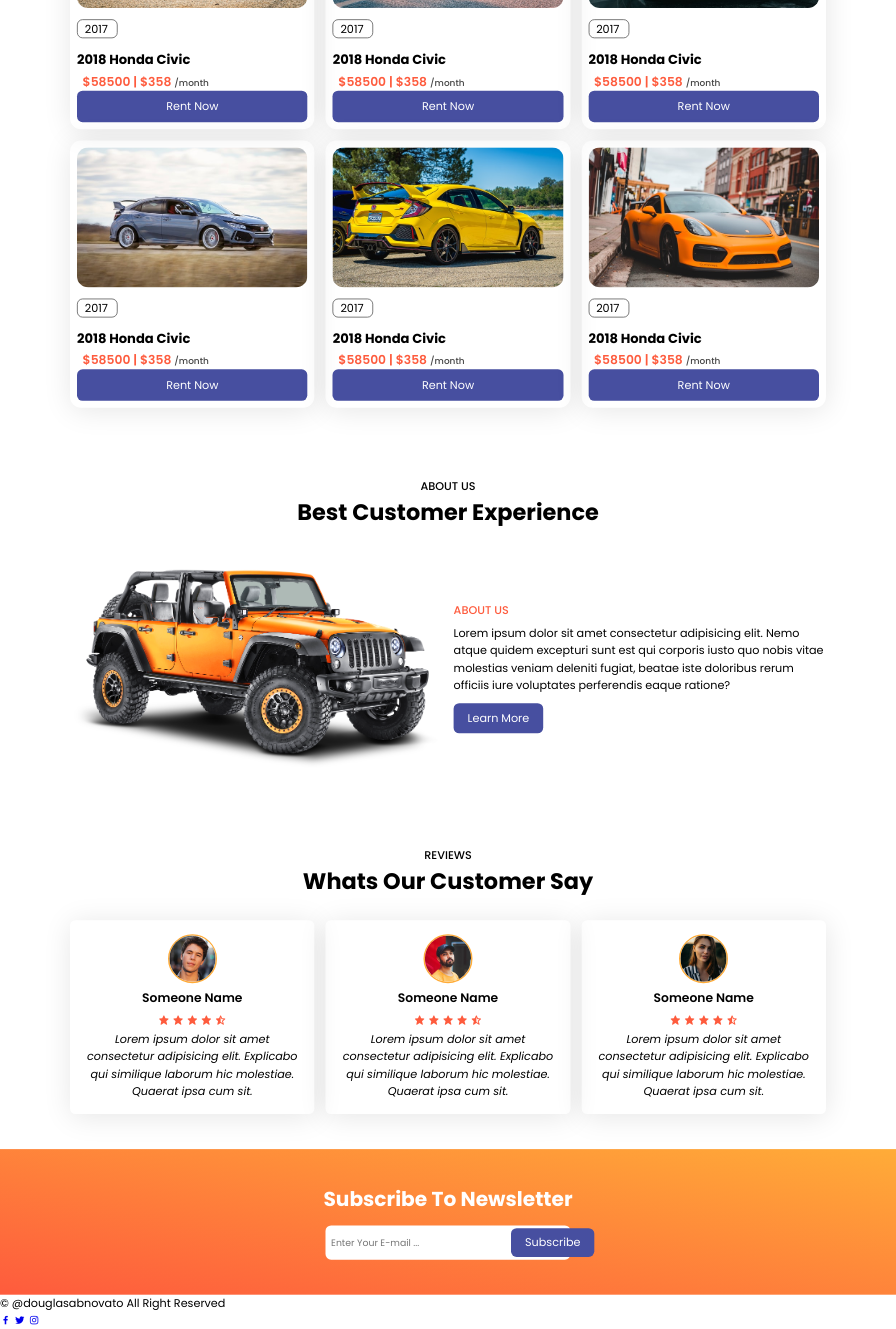
Repository: douglasabnovato/car-rental
Page: index.html
An editor plug-in stored every save of this project. The page is shown before and after the next save, followed by the edit.
The browser window is 1280 px wide. The pictures show the part of the page from y = 1582 to 3502 px (the page is 3481 px tall before and 3502 px after), at 70% of full size.

Above is the page before, as saved 2025-05-16 17:05:54.

### index.html
<!DOCTYPE html>
<html lang="en">
  <head>
    <meta charset="UTF-8" />
    <meta name="viewport" content="width=device-width, initial-scale=1.0" />
    <title>Car Rental</title>
    <link
      rel="stylesheet"
      href="https://cdn.jsdelivr.net/npm/boxicons@latest/css/boxicons.min.css"
    />
    <link rel="stylesheet" href="./style.css" />
  </head>
  <body>
    <!-- Header -->
    <header>
      <a href="#" class="logo"
        ><img src="./assets/jeep.png" alt="logo da car rental" srcset=""
      /></a>
      <div class="bx bx-menu" id="menu-icon"></div>
      <ul class="navbar">
        <li><a href="#home">Home</a></li>
        <li><a href="#ride">Ride</a></li>
        <li><a href="#services">Services</a></li>
        <li><a href="#about">About</a></li>
        <li><a href="#reviews">Reviews</a></li>
      </ul>
      <div class="header-btn">
        <a href="#" class="sign-up">Sign Up</a>
        <a href="#" class="sign-in">Sign In</a>
      </div>
    </header>

    <!-- Home -->
    <section class="home" id="home">
      <div class="text">
        <h1>
          <span>Looking</span> to <br />
          rent a car
        </h1>
        <p>
          Lorem ipsum dolor sit amet consectetur adi <br />
          pisicing elit. Explicabo esse non fugiat!
        </p>
        <div class="app-stores">
          <img src="./assets/ios.png" alt="" />
          <img src="./assets/play.png" alt="" />
        </div>
      </div>
      <div class="form-container">
        <form action="">
          <div class="input-box">
            <span>Location</span>
            <input type="search" name="" id="" placeholder="Search Places" />
          </div>
          <div class="input-box">
            <span>Pick-Up Date</span>
            <input type="date" name="" id="" />
          </div>
          <div class="input-box">
            <span>Return Date</span>
            <input type="date" name="" id="" />
          </div>
          <input type="submit" name="" id="" class="btn" />
        </form>
      </div>
    </section>

    <!-- Ride -->
    <section class="ride" id="ride">
      <div class="heading">
        <span>How Its Work</span>
        <h1>Rent With 3 Easy Steps</h1>
      </div>
      <div class="ride-container">
        <div class="box">
          <i class="bx bxs-map"></i>
          <h2>Choose A Location</h2>
          <p>
            Lorem ipsum dolor sit, amet consectetur adipisicing elit.
            Perspiciatis, impedit? Saepe quo quam numquam maxime?
          </p>
        </div>
        <div class="box">
          <i class="bx bxs-calendar-check"></i>
          <h2>Pick-Up Date</h2>
          <p>
            Lorem ipsum dolor sit, amet consectetur adipisicing elit.
            Perspiciatis, impedit? Saepe quo quam numquam maxime?
          </p>
        </div>
        <div class="box">
          <i class="bx bxs-calendar-star"></i>
          <h2>Book A Car</h2>
          <p>
            Lorem ipsum dolor sit, amet consectetur adipisicing elit.
            Perspiciatis, impedit? Saepe quo quam numquam maxime?
          </p>
        </div>
      </div>
    </section>

    <!-- Services -->
    <section class="services" id="services">
      <div class="heading">
        <span>Best Services</span>
        <h1>
          Explore Out Top Deals <br />
          From Top Rated Dealers
        </h1>
      </div>
      <div class="services-container">
        <div class="box">
          <div class="box-img">
            <img src="./assets/car1.jpg" alt="car1" />
          </div>
          <p>2017</p>
          <h3>2018 Honda Civic</h3>
          <h2>$58500 | $358 <span> /month</span></h2>
          <a href="#" class="btn">Rent Now</a>
        </div>

        <div class="box">
          <div class="box-img">
            <img src="./assets/car2.jpg" alt="car1" />
          </div>
          <p>2017</p>
          <h3>2018 Honda Civic</h3>
          <h2>$58500 | $358 <span> /month</span></h2>
          <a href="#" class="btn">Rent Now</a>
        </div>

        <div class="box">
          <div class="box-img">
            <img src="./assets/car3.jpg" alt="car1" />
          </div>
          <p>2017</p>
          <h3>2018 Honda Civic</h3>
          <h2>$58500 | $358 <span> /month</span></h2>
          <a href="#" class="btn">Rent Now</a>
        </div>

        <div class="box">
          <div class="box-img">
            <img src="./assets/car4.jpg" alt="car1" />
          </div>
          <p>2017</p>
          <h3>2018 Honda Civic</h3>
          <h2>$58500 | $358 <span> /month</span></h2>
          <a href="#" class="btn">Rent Now</a>
        </div>

        <div class="box">
          <div class="box-img">
            <img src="./assets/car5.jpg" alt="car1" />
          </div>
          <p>2017</p>
          <h3>2018 Honda Civic</h3>
          <h2>$58500 | $358 <span> /month</span></h2>
          <a href="#" class="btn">Rent Now</a>
        </div>

        <div class="box">
          <div class="box-img">
            <img src="./assets/car6.jpg" alt="car1" />
          </div>
          <p>2017</p>
          <h3>2018 Honda Civic</h3>
          <h2>$58500 | $358 <span> /month</span></h2>
          <a href="#" class="btn">Rent Now</a>
        </div>
      </div>
    </section>

    <!-- About -->
    <section class="about" id="about">
      <div class="heading">
        <span>About Us</span>
        <h1>Best Customer Experience</h1>
      </div>
      <div class="about-container">
        <div class="about-img">
          <img src="./assets/about.png" alt="" />
        </div>
        <div class="about-text">
          <span>About Us</span>
          <p>
            Lorem ipsum dolor sit amet consectetur adipisicing elit. Nemo atque
            quidem excepturi sunt est qui corporis iusto quo nobis vitae
            molestias veniam deleniti fugiat, beatae iste doloribus rerum
            officiis iure voluptates perferendis eaque ratione?
          </p>
          <a href="#" class="btn">Learn More</a>
        </div>
      </div>
    </section>

    <!-- Reviews -->
    <section class="reviews" id="reviews">
      <div class="heading">
        <span>Reviews</span>
        <h1>Whats Our Customer Say</h1>
      </div>
      <div class="reviews-container">
        <div class="box">
          <div class="rev-img">
            <img src="./assets/rev1.jpg" alt="" />
          </div>
          <h2>Someone Name</h2>
          <div class="stars">
            <i class="bx bxs-star"></i>
            <i class="bx bxs-star"></i>
            <i class="bx bxs-star"></i>
            <i class="bx bxs-star"></i>
            <i class="bx bxs-star-half"></i>
          </div>
          <p>
            Lorem ipsum dolor sit amet consectetur adipisicing elit. Explicabo
            qui similique laborum hic molestiae. Quaerat ipsa cum sit.
          </p>
        </div>
        <div class="box">
          <div class="rev-img">
            <img src="./assets/rev2.jpg" alt="" />
          </div>
          <h2>Someone Name</h2>
          <div class="stars">
            <i class="bx bxs-star"></i>
            <i class="bx bxs-star"></i>
            <i class="bx bxs-star"></i>
            <i class="bx bxs-star"></i>
            <i class="bx bxs-star-half"></i>
          </div>
          <p>
            Lorem ipsum dolor sit amet consectetur adipisicing elit. Explicabo
            qui similique laborum hic molestiae. Quaerat ipsa cum sit.
          </p>
        </div>
        <div class="box">
          <div class="rev-img">
            <img src="./assets/rev3.jpg" alt="" />
          </div>
          <h2>Someone Name</h2>
          <div class="stars">
            <i class="bx bxs-star"></i>
            <i class="bx bxs-star"></i>
            <i class="bx bxs-star"></i>
            <i class="bx bxs-star"></i>
            <i class="bx bxs-star-half"></i>
          </div>
          <p>
            Lorem ipsum dolor sit amet consectetur adipisicing elit. Explicabo
            qui similique laborum hic molestiae. Quaerat ipsa cum sit.
          </p>
        </div>
      </div>
    </section>

    <!-- Newsletter -->
    <section class="newsletter">
      <h2>Subscribe To Newsletter</h2>
      <div class="box">
        <input type="text" placeholder="Enter Your E-mail ..." />
        <a href="#" class="btn">Subscribe</a>
      </div>
    </section>

    <!-- Copyright -->
    <div class="copyright">
      <p>&#169; @douglasabnovato All Right Reserved</p>
      <div class="social">
        <a href="#"><i class="bx bxl-facebook"></i></a>
        <a href="#"><i class="bx bxl-twitter"></i></a>
        <a href="#"><i class="bx bxl-instagram"></i></a>
      </div>
    </div>

    <!-- Link to JS -->
    <script src="./script.js"></script>
  </body>
</html>

### style.css
@import url("https://fonts.googleapis.com/css2?family=Noto+Sans:ital,wght@0,100..900;1,100..900&family=Poppins:ital,wght@0,100;0,200;0,300;0,400;0,500;0,600;0,700;0,800;0,900;1,100;1,200;1,300;1,400;1,500;1,600;1,700;1,800;1,900&display=swap");

* {
  margin: 0;
  padding: 0;
  box-sizing: border-box;
  scroll-padding-top: 2rem;
  scroll-behavior: smooth;
  list-style: none;
  text-decoration: none;
  font-family: "Poppins", sans-serif;
}

:root {
  --main-color: #fe5b3d;
  --second-color: #ffac38;
  --text-color: #444;
  --gradient: linear-gradient(#fe5b3d, #ffac38);
}

html::-webkit-scrollbar {
  width: 0.5rem;
}

html::-webkit-scrollbar-track {
  background: transparent;
}

html::-webkit-scrollbar-thumb {
  background: var(--main-color);
  border-radius: 5rem;
}

section {
  padding: 50px 100px;
}

/* Header */

header {
  position: fixed;
  width: 100%;
  top: 0;
  right: 0;
  z-index: 1000;
  display: flex;
  align-items: center;
  justify-content: space-between;
  background: #eeeff1;
  padding: 15px 100px;
}

.logo img {
  width: 40px;
}

.navbar {
  display: flex;
}

.navbar li {
  position: relative;
}

.navbar a {
  font-size: 1rem;
  padding: 10px 20px;
  color: var(--text-color);
  font-weight: 500;
}

.navbar a:after {
  content: "";
  width: 0;
  height: 3px;
  background: var(--gradient);
  position: absolute;
  bottom: -4px;
  left: 0;
  transition: 0.5s;
}

.navbar a:hover::after {
  width: 100%;
}

#menu-icon {
  font-size: 24px;
  cursor: pointer;
  z-index: 10001;
  display: none;
}

.header-btn a {
  padding: 10px 20px;
  color: var(--text-color);
  font-weight: 500;
}

.header-btn .sign-in {
  background: #474fa0;
  color: #fff;
  border-radius: 0.5rem;
}

.header-btn .sign-in:hover {
  background: var(--main-color);
}

/* Home */
.home {
  width: 100%;
  min-height: 100vh;
  position: relative;
  background: url(./assets/Car\ Website\ –\ 1@2x.png);
  background-repeat: no-repeat;
  background-position: center right;
  background-size: cover;
  display: grid;
  align-items: center;
  grid-template-columns: repeat(2, 1fr);
}

.text h1 {
  font-size: 3.5rem;
  letter-spacing: 2px;
}

.text span {
  color: var(--main-color);
}

.text p {
  margin: 0.5rem 0 1rem;
}

.app-stores {
  display: flex;
}

.app-stores img {
  width: 100px;
  margin-right: 1rem;
  cursor: pointer;
}

.form-container form {
  display: flex;
  flex-wrap: wrap;
  align-items: center;
  gap: 1rem;
  position: absolute;
  bottom: 4rem;
  left: 100px;
  background: #fff;
  padding: 20px;
  border-radius: 0.5rem;
}

.input-box {
  flex: 1 1 7rem;
  display: flex;
  flex-direction: column;
}

.input-box span {
  font-weight: 500;
}

.input-box input {
  padding: 7px;
  outline: none;
  border: none;
  background: #eeeff1;
  border-radius: 0.5rem;
  font-size: 1rem;
}

.form-container form .btn {
  flex: 1 1 7rem;
  padding: 10px 34px;
  border: none;
  border-radius: 0.5rem;
  background: #474fa0;
  color: #fff;
  font-size: 1rem;
  font-weight: 500;
}

.form-container form .btn:hover {
  background: var(--main-color);
  cursor: pointer;
}

/* Ride */
.heading {
  text-align: center;
}

.heading span {
  font-weight: 500;
  text-transform: uppercase;
}

.heading h1 {
  font-size: 2rem;
}

.ride-container {
  display: grid;
  align-items: center;
  grid-template-columns: repeat(auto-fit, minmax(250px, auto));
  gap: 1rem;
  margin-top: 2rem;
}

.ride-container .box {
  text-align: center;
  padding: 20px;
}

.ride-container .box .bx {
  font-size: 34px;
  padding: 10px;
  background: #eeeff1;
  border-radius: 0.5rem;
  color: var(--main-color);
}

.ride-container .box h2 {
  font-size: 1.3rem;
  font-weight: 500;
  margin: 1.4rem 0 0.5rem;
}

.ride-container .box .bx:hover,
.ride-container .box .bx .bxs-calendar-star {
  background: var(--gradient);
  color: #fff;
}

/* Services */
.services-container {
  display: grid;
  grid-template-columns: repeat(auto-fit, minmax(300px, auto));
  gap: 1rem;
  margin-top: 2rem;
}

.services-container .box {
  padding: 10px;
  border-radius: 1rem;
  box-shadow: 1px 4px 41px rgba(0, 0, 0, 0.1);
}

.services-container .box .box-img {
  width: 100%;
  height: 200px;
}

.services-container .box .box-img img {
  width: 100%;
  height: 100%;
  border-radius: 1rem;
  object-fit: cover;
  object-position: center;
}

.services-container .box p {
  padding: 0 10px;
  border: 1px solid var(--text-color);
  width: 58px;
  border-radius: 0.5rem;
  margin: 1rem 0 1rem;
}

.services-container .box h2 {
  font-size: 1.1rem;
  font-weight: 600;
  color: var(--main-color);
  margin: 0.2rem 0 0 0.5rem;
}

.services-container .box h2 span {
  font-size: 0.8rem;
  font-weight: 500;
  color: var(--text-color);
}

.services-container .box .btn {
  display: flex;
  justify-content: center;
  background: #474fa0;
  color: #fff;
  padding: 10px;
  border-radius: 0.5rem;
}

.services-container .box .btn:hover {
  background: var(--main-color);
}

/* About */
.about-container {
  display: grid;
  grid-template-columns: repeat(2, 1fr);
  margin-top: 2rem;
  align-items: center;
  gap: 1rem;
}

.about-img img {
  width: 100%;
}

.about-text span {
  font-weight: 500;
  color: var(--main-color);
  text-transform: uppercase;
}

.about-text p {
  margin: 0.5rem 0 1.4rem;
}

.about-text .btn {
  padding: 10px 20px;
  background: #474fa0;
  color: #fff;
  border-radius: 0.5rem;
}

.about-text .btn:hover {
  background: var(--main-color);
}

/* Review */
.reviews-container {
  display: grid;
  grid-template-columns: repeat(auto-fit, minmax(250px, auto));
  gap: 1rem;
  margin-top: 2rem;
}

.rev-img {
  width: 70px;
  height: 70px;
}

.rev-img img {
  width: 100%;
  height: 100%;
  border-radius: 50%;
  object-fit: cover;
  object-position: center;
  border: 2px solid var(--second-color);
}

.reviews-container .box {
  display: flex;
  flex-direction: column;
  align-items: center;
  text-align: center;
  padding: 20px;
  box-shadow: 1px 4px 41px rgba(0, 0, 0, 0.1);
  border-radius: 0.5rem;
}

.reviews-container .box h2 {
  font-size: 1.1rem;
  font-weight: 600;
  margin: 0.5rem 0 0.5rem;
}

.reviews-container .box p {
  font-style: italic;
}

.reviews-container .box .stars .bx {
  color: var(--main-color);
}

/* Newsletter */
.newsletter {
  background: linear-gradient(to top right, #fe5b3d, #ffac38);
  display: flex;
  flex-direction: column;
  align-items: center;
}

.newsletter h2 {
  color: #fff;
  font-size: 1.8rem;
}

.newsletter .box {
  margin-top: 1rem;
  background: #fff;
  border-radius: 0.5rem;
  padding: 4px 8px;
  width: 350px;
  display: flex;
  justify-content: space-between;
}

.newsletter .box input {
  border: none;
  outline: none;
}

.newsletter .box .btn {
  background: #474fa0;
  color: #fff;
  padding: 8px 20px;
  border-radius: 0.5rem;
}

/* Copyright */

Loaded but not shown: script.js (no stored copy; drawn as an empty file)

After the next save:
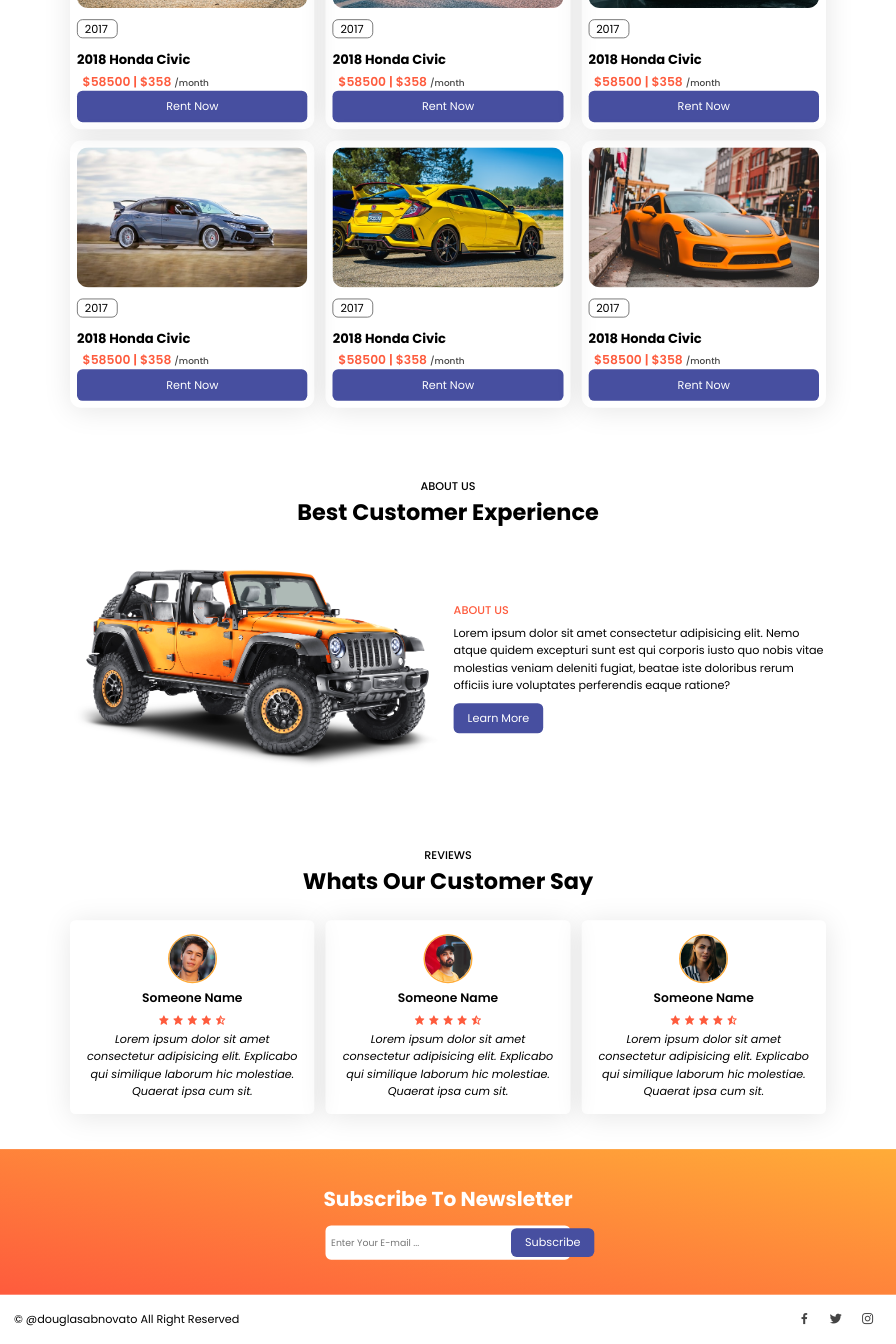
Saved 2 min 40 s later.
--- a/style.css
+++ b/style.css
@@ -416,3 +416,15 @@ header {
 }
 
 /* Copyright */
+.copyright {
+    padding: 20px;
+    display: flex;
+    justify-content: space-between;
+    align-items: center;
+}
+
+.social a {
+    color: #444;
+    padding: 10px;
+    font-size: 21px;
+}
